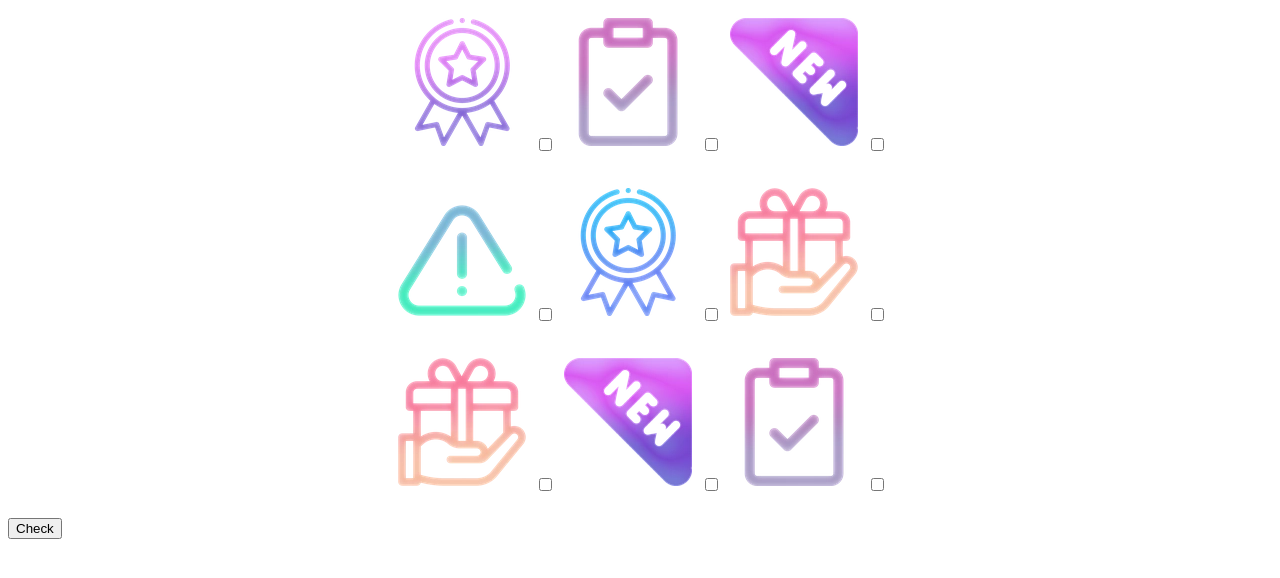
Repository: vichubenzene/-MWin_ui
Page: main.html
The author's editor kept a copy of each file at every save. The page is drawn from the files as they stood at one save, then again after the next save.
The browser window is 1280 px wide. The pictures show the whole page.

Above is the page before, as saved 2022-10-10 11:53:56.

After the next save:
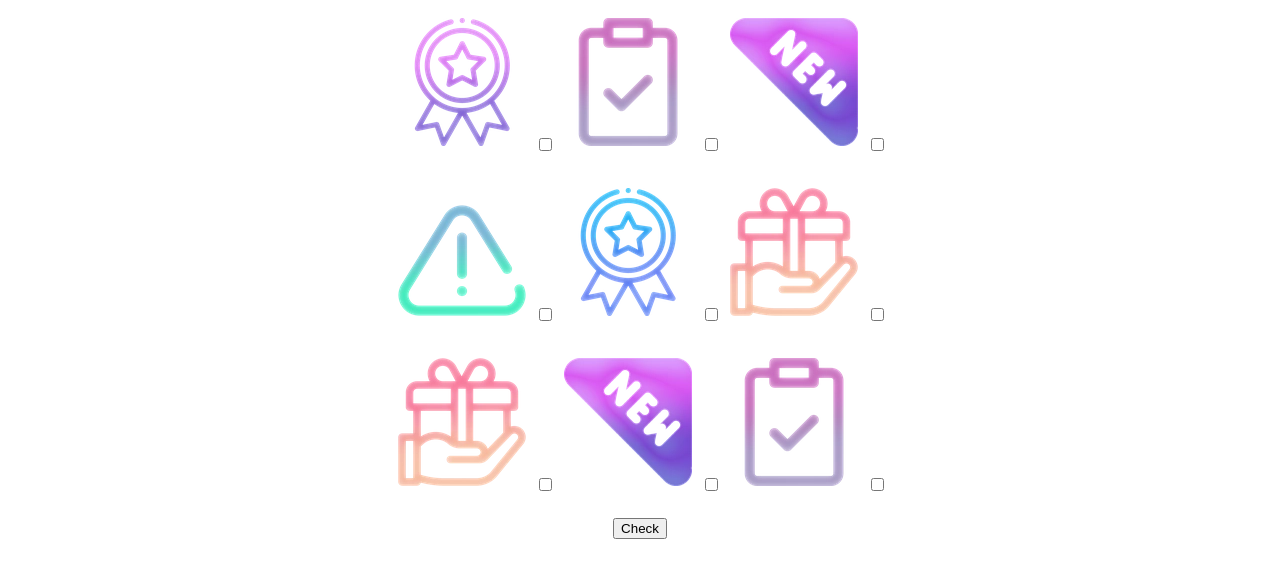
Saved 42 s later.
--- a/main.html
+++ b/main.html
@@ -56,8 +56,8 @@
         </div>
     </div>
     <br>
-    <div>
-        <button class="invite-button" onclick="check()">Check</button>
+    <div style="text-align: center;">
+        <button onclick="check()">Check</button>
 
     </div>
     <script>
